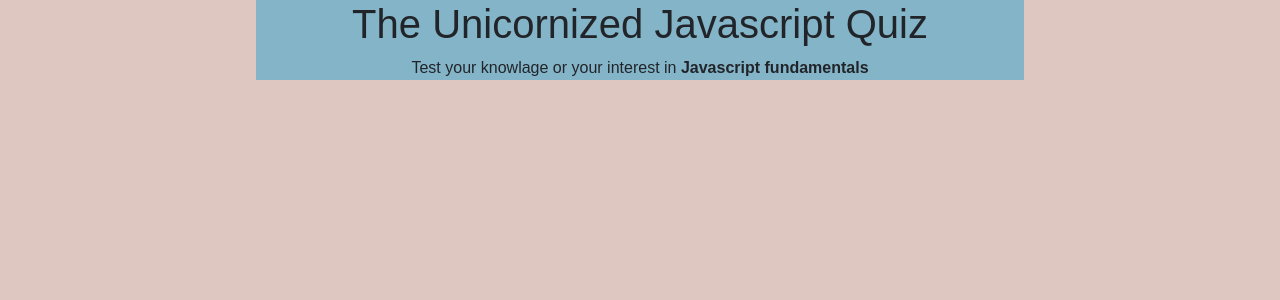
Repository: CharlotteAneriksson/donutQuiz
Page: index.html
The author's editor kept a record of every edit. The page is drawn from the files as they stood at one moment, then again after the next edit.
The browser window is 1280 px wide. The pictures show the whole page.

Above is the page before.

### index.html
<!DOCTYPE html>
<html lang="en">
<head>
    <meta charset="UTF-8">
    <meta name="viewport" content="width=device-width, initial-scale=1.0">
    <meta http-equiv="X-UA-Compatible" content="ie=edge">
    <title>JavaScript Quiz</title>

    <link href="https://fonts.googleapis.com/css?family=Playfair+Display&display=swap" rel="stylesheet">
    <link rel="stylesheet" href="https://stackpath.bootstrapcdn.com/bootstrap/4.3.1/css/bootstrap.min.css" type="text/css" />
    <link rel="stylesheet" href="css/style.css" type="text/css" >
    <script type="text/javascript" src="scripts/script.js"></script>
</head>
<body>
    <div class="container text-center">
        <header>
            <h1 class="text-capitalize">the unicornized javascript quiz</h1>
            <p>Test your knowlage or your interest in <strong>Javascript fundamentals</strong></p>
        </header>
        <section>

        </section>
    </div>
</body>
</html>

### css/style.css
body{
    margin: 0;
    padding: 0;
    width:100%;
    background-color:#dfc7c1;
    font-family: 'Roboto Mono', sans-serif ;
}

.container{
    width:60%;
    margin: 0 auto;
    background-color:#84b4c8;
}

Loaded but not shown: scripts/script.js (no stored copy; drawn as an empty file)

After the next edit:
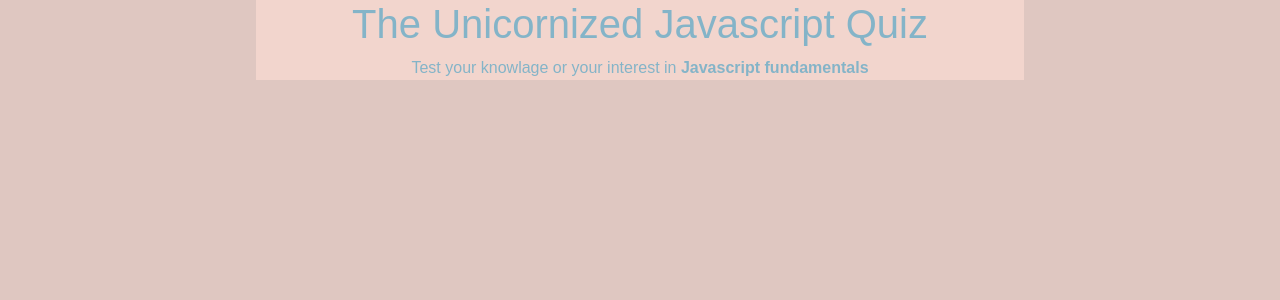
The edit:
--- a/css/style.css
+++ b/css/style.css
@@ -9,5 +9,6 @@
 .container{
     width:60%;
     margin: 0 auto;
-    background-color:#84b4c8;
+    background-color:#f2d5cd;
+    color:#84b4c8;
 }
